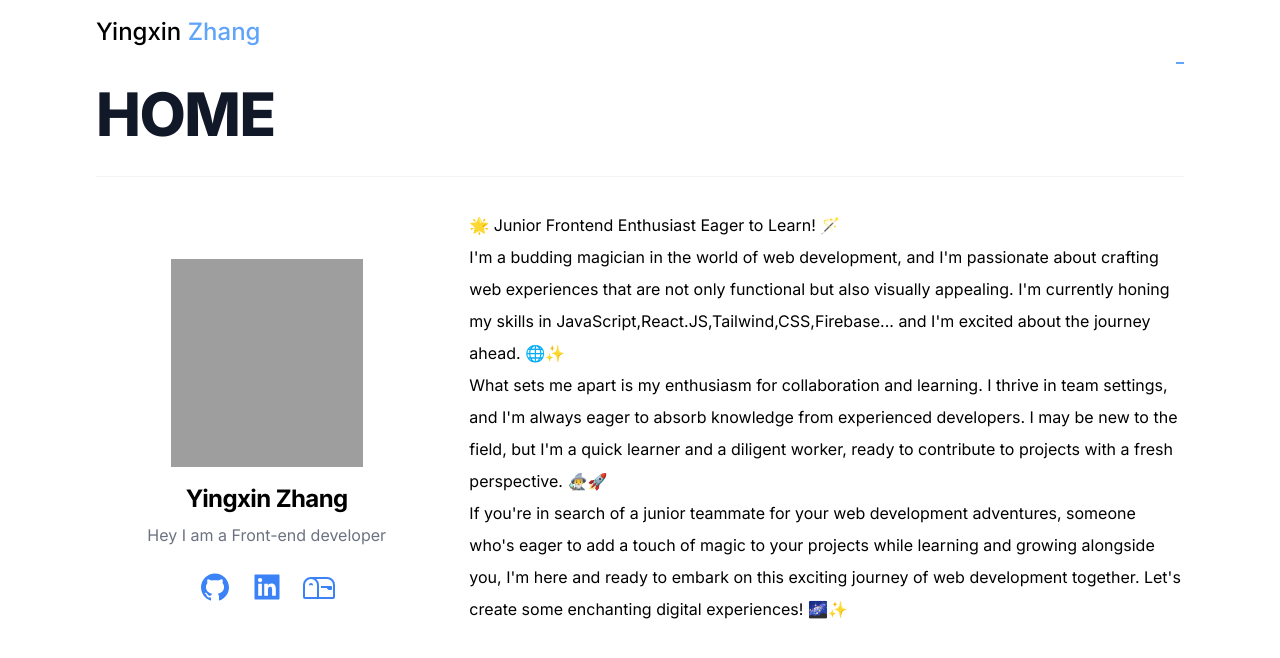
Repository: Tracy-maker/projects_collection
Page: /
An editor plug-in stored every save of this project. The page is shown before and after the next save, followed by the edit.
The browser window is 1280 px wide. The pictures show the whole page.
Pictures or frames that could not be fetched are drawn as grey boxes. The project was rebuilt for these pictures with package versions that can differ from the ones it lists, and the page was loaded fresh each time. The framework's server and built-in components were replaced by stand-ins that run in the browser. Also part of the build but not shown: next.config.js.

Above is the page before, as saved 2023-10-26 15:37:23.

### app/layout.tsx
import "./globals.css";
import type { Metadata } from "next";
import { Inter } from "next/font/google";
import Navbar from "./components/NavBar";
import { Provider } from "./components/Provider";

const inter = Inter({ subsets: ["latin"] });

export const metadata: Metadata = {
  title: "Projects Collection",
  description: "project list",
};

export default function RootLayout({
  children,
}: {
  children: React.ReactNode;
}) {
  return (
    <html lang="en" suppressHydrationWarning>
      <body
        className={`${inter.className} bg-white text-black dark:bg-[#090908] dark:text-white h-full selection:bg-gray-500 dark:selection:bg-gray-800`}
      >
        <Provider>
          <Navbar />
          <main className="max-w-6xl mx-auto px-6 sm:px-8 lg:px-8">
            {children}
          </main>
        </Provider>
      </body>
    </html>
  );
}

### app/page.tsx
import Image from "next/image";
import myImage from "./utils/1.png";

export default function Home() {
  return (
    <div className="divide-y divide-gray-100 dark:divide-gray-700">
      <div className="space-y-2 pt-5 pb-8 md:space-x-5">
        <h1 className="text-3xl font-extrabold leading-9 tracking-tight text-gray-900 dark:text-gray-100 sm:text-4xl sm:leading-10 md:text-6xl md:leading-13">
          HOME
        </h1>
      </div>
      <div className="items-center space-y-2 xl:grid xl:grid-cols-3 xl:gap-x-8 xl:space-y-0">
        <div className="flex flex-col items-center pt-8">
          <Image
            alt="picture of my"
            src="https://i.ibb.co/MRHHtS5/Wechat-IMG7.jpg"
            width={900}
            height={900}
            className="h-52 w-48  object-cover object-top"
          />
          <h3 className="pt-4 pb-2 text-2xl font-bold leading-8 tracking-tight">
            Yingxin Zhang
          </h3>
          <p className="text-gray-500 dark:text-gray-300 text-center">
            Hey I am a Front-end developer
          </p>
          <div className="flex space-x-5 pt-6">
            <a href="https://github.com/Tracy-maker" target="_blank">
              <svg
                viewBox="0 0 1024 1024"
                fill="currentColor"
                className="w-8 h-8 text-blue-500"
              >
                <path d="M511.6 76.3C264.3 76.2 64 276.4 64 523.5 64 718.9 189.3 885 363.8 946c23.5 5.9 19.9-10.8 19.9-22.2v-77.5c-135.7 15.9-141.2-73.9-150.3-88.9C215 726 171.5 718 184.5 703c30.9-15.9 62.4 4 98.9 57.9 26.4 39.1 77.9 32.5 104 26 5.7-23.5 17.9-44.5 34.7-60.8-140.6-25.2-199.2-111-199.2-213 0-49.5 16.3-95 48.3-131.7-20.4-60.5 1.9-112.3 4.9-120 58.1-5.2 118.5 41.6 123.2 45.3 33-8.9 70.7-13.6 112.9-13.6 42.4 0 80.2 4.9 113.5 13.9 11.3-8.6 67.3-48.8 121.3-43.9 2.9 7.7 24.7 58.3 5.5 118 32.4 36.8 48.9 82.7 48.9 132.3 0 102.2-59 188.1-200 212.9a127.5 127.5 0 0138.1 91v112.5c.8 9 0 17.9 15 17.9 177.1-59.7 304.6-227 304.6-424.1 0-247.2-200.4-447.3-447.5-447.3z" />
              </svg>
            </a>
            <a
              href="https://www.linkedin.com/in/yingxin-zhang-ba1028212/"
              target="_blank"
            >
              <svg
                viewBox="0 0 1024 1024"
                fill="currentColor"
                className="w-8 h-8 text-blue-500"
              >
                <path d="M880 112H144c-17.7 0-32 14.3-32 32v736c0 17.7 14.3 32 32 32h736c17.7 0 32-14.3 32-32V144c0-17.7-14.3-32-32-32zM349.3 793.7H230.6V411.9h118.7v381.8zm-59.3-434a68.8 68.8 0 1168.8-68.8c-.1 38-30.9 68.8-68.8 68.8zm503.7 434H675.1V608c0-44.3-.8-101.2-61.7-101.2-61.7 0-71.2 48.2-71.2 98v188.9H423.7V411.9h113.8v52.2h1.6c15.8-30 54.5-61.7 112.3-61.7 120.2 0 142.3 79.1 142.3 181.9v209.4z" />
              </svg>
            </a>

            <a href="mailto:ydlvns@gmail.com" target="_blank">
              <svg
                fill="currentColor"
                viewBox="0 0 16 16"
                className="w-8 h-8 text-blue-500"
              >
                <path d="M4 4a3 3 0 00-3 3v6h6V7a3 3 0 00-3-3zm0-1h8a4 4 0 014 4v6a1 1 0 01-1 1H1a1 1 0 01-1-1V7a4 4 0 014-4zm2.646 1A3.99 3.99 0 018 7v6h7V7a3 3 0 00-3-3H6.646z" />
                <path d="M11.793 8.5H9v-1h5a.5.5 0 01.5.5v1a.5.5 0 01-.5.5h-1a.5.5 0 01-.354-.146l-.853-.854zM5 7c0 .552-.448 0-1 0s-1 .552-1 0a1 1 0 012 0z" />
              </svg>
            </a>
          </div>
        </div>
        <div className="prose max-w-none prose-lg pt-8 pb-7 leading-loose dark:prose-invert xl:col-span-2">
          <p>🌟 Junior Frontend Enthusiast Eager to Learn! 🪄</p>
          <p>
            I&apos;m a budding magician in the world of web development, and I&apos;m
            passionate about crafting web experiences that are not only
            functional but also visually appealing. I&apos;m currently honing my
            skills in JavaScript,React.JS,Tailwind,CSS,Firebase... and I&apos;m excited about the journey
            ahead. 🌐✨
          </p>
          <p>
            What sets me apart is my enthusiasm for collaboration and learning.
            I thrive in team settings, and I&apos;m always eager to absorb
            knowledge from experienced developers. I may be new to the field,
            but I&apos;m a quick learner and a diligent worker, ready to
            contribute to projects with a fresh perspective. 🧙‍♂️🚀
          </p>
          <p>
            If you&apos;re in search of a junior teammate for your web
            development adventures, someone who&apos;s eager to add a touch of
            magic to your projects while learning and growing alongside you,
            I&apos;m here and ready to embark on this exciting journey of web
            development together. Let&apos;s create some enchanting digital
            experiences! 🌌✨
          </p>
        </div>
      </div>
    </div>
  );
}

### app/components/NavBar.tsx
"use client";

import Link from "next/link";
import { usePathname } from "next/navigation";

export default function Navbar() {
  let pathname = usePathname() || "/";
  return (
    <div className="max-w-6xl mx-auto px-4 sm:px-6 lg:px-8">
      <div className="flex justify-between h-16">
        <div className="flex justify-between w-full">
          <div className="flex items-center">
            <Link href="/">
              <h1 className="text-2xl font-medium">
                Yingxin <span className="text-blue-400">Zhang</span>
              </h1>
            </Link>
          </div>

          <div className="hidden sm:ml-6 sm:flex sm:space-x-8 sm:items-center">
            <Link
              href="/"
              prefetch
              className={`${
                pathname === "/"
                  ? "border-blue-400 dark:text-white h-full inline-flex items-center px-1 pt-1 border-b-2 text-sm font-medium"
                  : "border-transparent text-gray-500 dark:text-gray-300 dark:hover:text-white inline-flex items-center px-1 pt-1 border-b-2 text-sm font-medium"
              }`}
            ></Link>
          </div>
        </div>
      </div>
    </div>
  );
}

### app/components/Provider.tsx
"use client";

import { ThemeProvider } from "next-themes";
import { ReactNode } from "react";

export function Provider({ children }: { children: ReactNode }) {
  return <ThemeProvider>{children}</ThemeProvider>;
}

### tailwind.config.ts
import type { Config } from "tailwindcss";

const config: Config = {
  content: [
    "./pages/**/*.{js,ts,jsx,tsx,mdx}",
    "./components/**/*.{js,ts,jsx,tsx,mdx}",
    "./app/**/*.{js,ts,jsx,tsx,mdx}",
  ],
  darkMode: "class",
  theme: {
    extend: {
      backgroundImage: {
        "gradient-radial": "radial-gradient(var(--tw-gradient-stops))",
        "gradient-conic":
          "conic-gradient(from 180deg at 50% 50%, var(--tw-gradient-stops))",
      },
    },
  },
  plugins: [],
};
export default config;

Loaded but not shown: app/globals.css (common file)

After the next save:
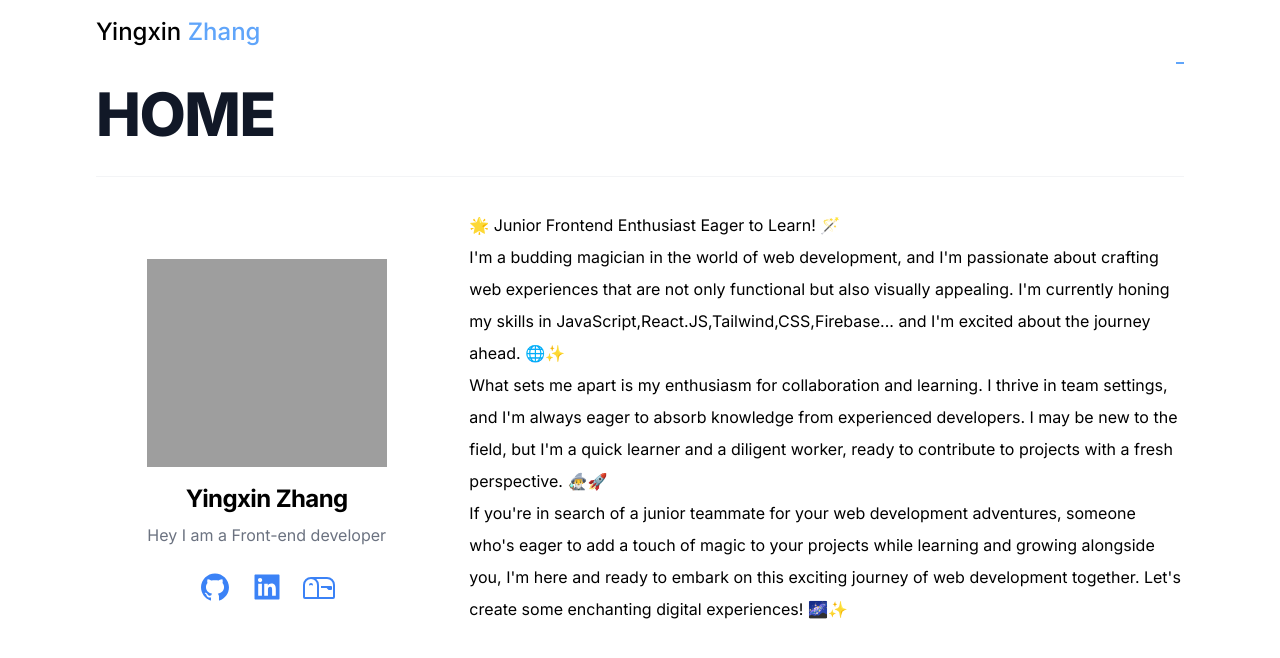
Saved 17 s later.
--- a/app/page.tsx
+++ b/app/page.tsx
@@ -16,7 +16,7 @@ export default function Home() {
             src="https://i.ibb.co/MRHHtS5/Wechat-IMG7.jpg"
             width={900}
             height={900}
-            className="h-52 w-48  object-cover object-top"
+            className="h-52 w-60 object-cover object-top"
           />
           <h3 className="pt-4 pb-2 text-2xl font-bold leading-8 tracking-tight">
             Yingxin Zhang
